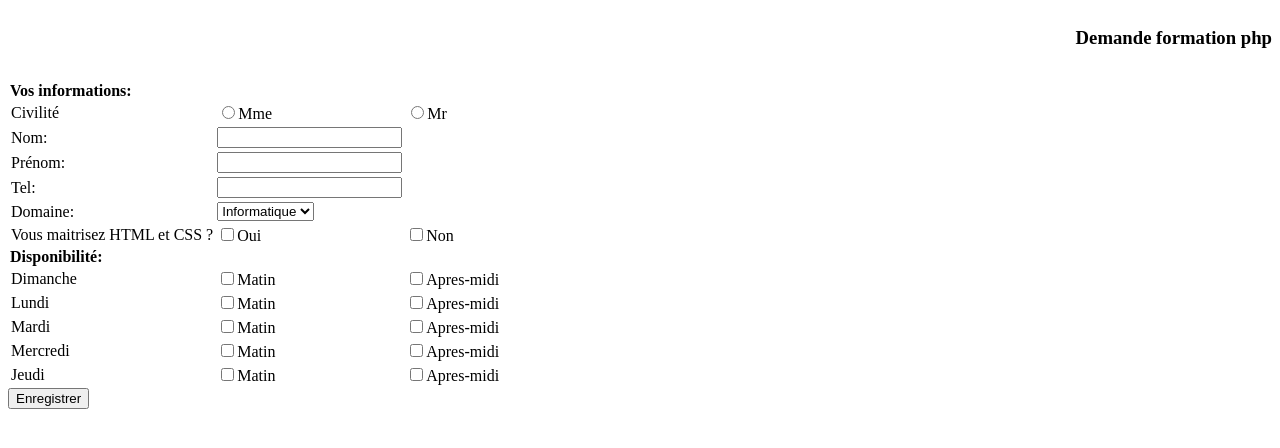
Repository: imouahrani/Gestion-des-stagiaires_JAVAEE
Page: http://localhost/LoginProjet/FormulaireInscription.jsp
The author's editor kept a copy of each file at every save. The page is drawn from the files as they stood at one save, then again after the next save.
The browser window is 1280 px wide. The pictures show the whole page.
The page is served by Tomcat 9. The template is opened directly, without the code that normally fills it, so the values that code supplies are empty.

Above is the page before, as saved 2018-08-02 10:39:13.

After the next save:
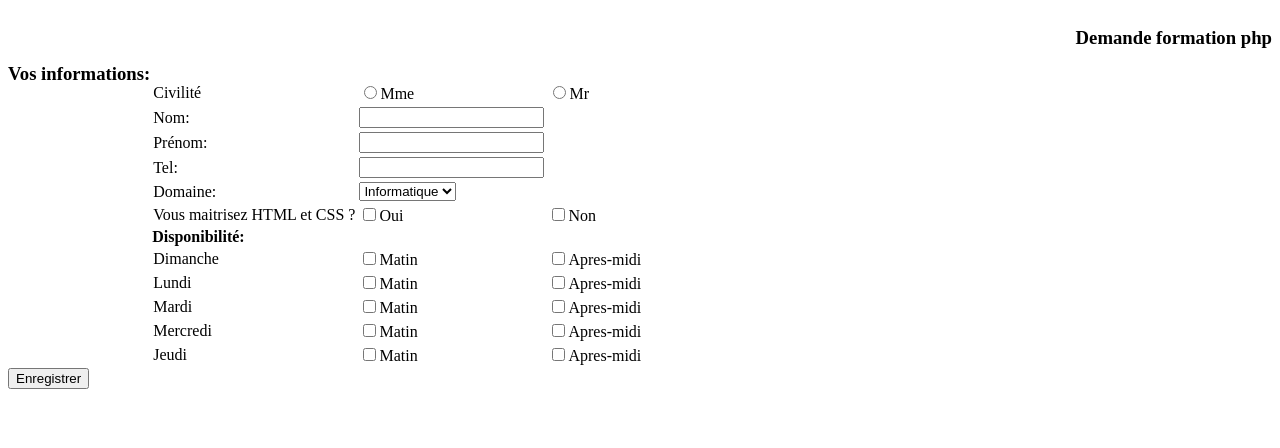
Saved 15 s later.
--- a/Formation Java Entreprise Edition/LoginProjet/WebContent/FormulaireInscription.jsp
+++ b/Formation Java Entreprise Edition/LoginProjet/WebContent/FormulaireInscription.jsp
@@ -22,8 +22,8 @@
 		<br> <br>
 
 		<table>
-			<caption style="float: left; font-weight: bold;">Vos
-				informations:</caption>
+			<h3 style="float: left; font-weight: bold;">Vos
+				informations:</h3>
 
 			<%="<br>"%>
 	<%="<br>"%>

After the save that followed:
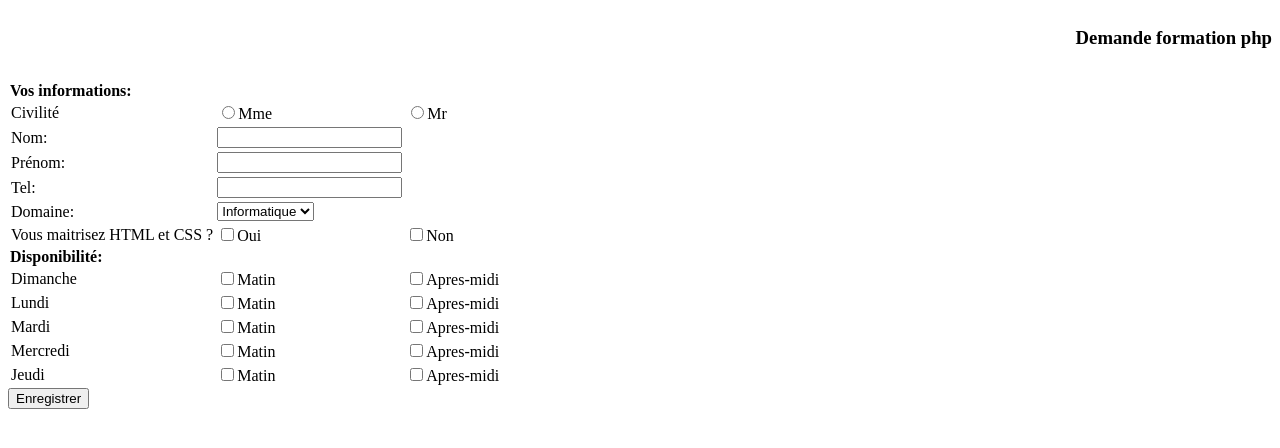
Saved 19 s later.
--- a/Formation Java Entreprise Edition/LoginProjet/WebContent/FormulaireInscription.jsp
+++ b/Formation Java Entreprise Edition/LoginProjet/WebContent/FormulaireInscription.jsp
@@ -22,8 +22,8 @@
 		<br> <br>
 
 		<table>
-			<h3 style="float: left; font-weight: bold;">Vos
-				informations:</h3>
+			<caption style="float: left; font-weight: bold;">Vos
+				informations:</caption>
 
 			<%="<br>"%>
 	<%="<br>"%>
